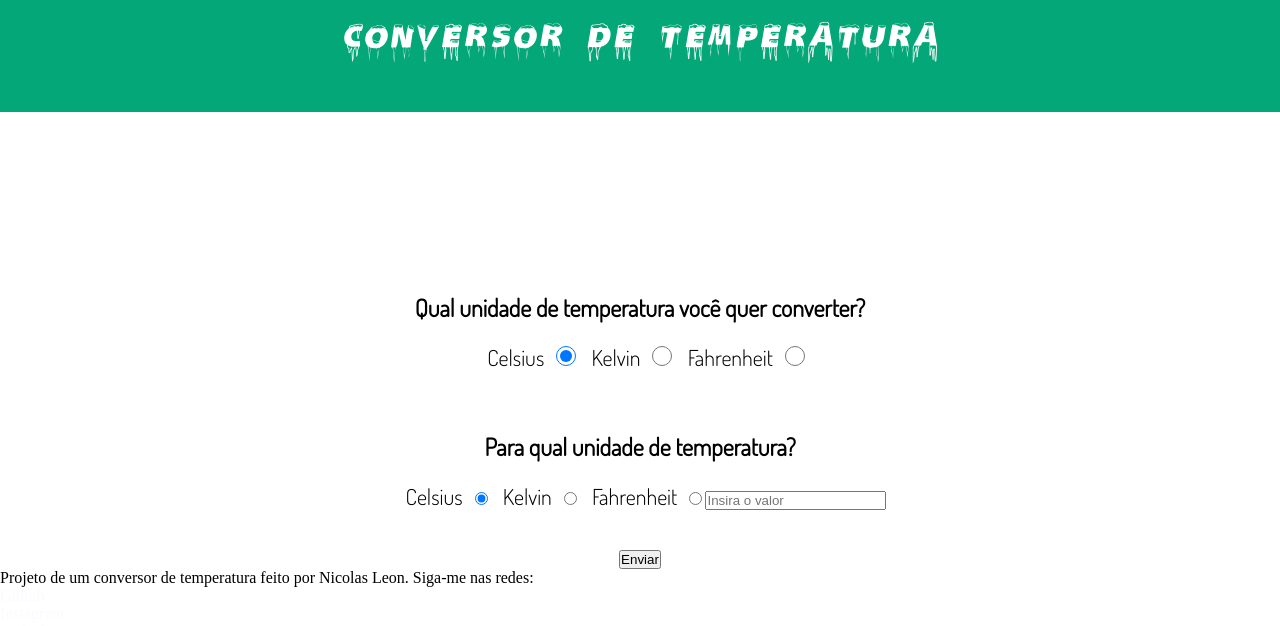
Repository: Leonngc/Conversor-de-temperatura
Page: index.html
The author's editor kept a copy of each file at every save. The page is drawn from the files as they stood at one save, then again after the next save.
The browser window is 1280 px wide. The pictures show the whole page.
Some icons come from a web library that is not loaded, so they are not drawn.

Above is the page before, as saved 2023-02-10 23:28:18.

### index.html
<!DOCTYPE html>
<html lang="pt-br">
<head>
    <meta charset="UTF-8">
    <meta http-equiv="X-UA-Compatible" content="IE=edge">
    <meta name="viewport" content="width=device-width, initial-scale=1.0">
    <link rel='stylesheet' href='https://cdn-uicons.flaticon.com/uicons-bold-straight/css/uicons-bold-straight.css'>
    <link rel="stylesheet" href="style.css">
    <title>Conversor de temperatura</title>
</head>
<body>
    <header>
        <h1>Conversor de Temperatura</h1>
        <button id="menu-button"><i class="fi fi-bs-menu-burger"></i></button>

        <menu>
            <ul id="links-menu">
                <li><a href="">Sobre a página</a></li>
                <li><a href="">História</a></li>
                <li><a href="">Outros Projetos</a></li>
            </ul>
        </menu>
    </header>

    <main>
       <form>
        <h2>Qual unidade de temperatura você quer converter?</h2>
        <label for="celsius">Celsius</label><input type="radio" name="unidade" id="celsius" class="unidades" checked>
        <label for="kelvin">Kelvin</label><input type="radio" name="unidade" class="unidades" id="kelvin">
        <label for="fahrenheit">Fahrenheit</label><input type="radio" name="unidade" class="unidades" id="fahrenheit">
        <br>
       </form>
       <form>
        <h2>Para qual unidade de temperatura?</h2>
        <label for="cel-res">Celsius</label><input type="radio" name="res-unidade" id="cel-res" checked>
        <label for="kel-res">Kelvin</label><input type="radio" name="res-unidade" id="kel-res">
        <label for="fah-res">Fahrenheit</label><input type="radio" name="res-unidade" id="fah-res">
        <input type="number" name="graus" id="graus" placeholder="Insira o valor">
       </form>
       <button id="submit">Enviar</button>
    </main>

    <footer>
        <p>Projeto de um conversor de temperatura feito por Nicolas Leon. Siga-me nas redes: </p>
        <ul>
            <li><a href="">Github</a></li>
            <li><a href="">Instagram</a></li>
            <li><a href="">Linkedin</a></li>
        </ul>
    </footer>
</body>
</html>

### style.css
@charset "UTF-8";
@import url('https://fonts.googleapis.com/css2?family= Dosis:wght@300 & display = swap');
@font-face {
    font-family: Title;
    src: url(fonts/IceCaps.ttf);
}

:root{
    --yellow: #F7FF58;
    --snow: #FBFBFF;
    --blackout: #040F16;
    --dosis: 'Dosis', sans-serif;
}

*{
    margin: 0;
    padding: 0;
    box-sizing: border-box;
}

header{
    background-color: #04A777;
    margin-bottom: 160px;
    max-width: 100vw;
    color: white;
}

header > h1{
    font-family: Title, sans-serif;
    font-weight: lighter;
    text-align: center;
    font-size: 45px;
    padding: 22px;
}

menu{
    background-color: #05C78D;
    padding: 20px;
    max-width: 100vw;
    display: none;
}

menu > ul{
    margin-left: 20px;
    font-size: 20px;
    font-family: var(--dosis);
    font-weight: bold;
    color: white;
}

menu > ul > li{
    padding: 5px;
}

li > a{
    text-decoration: none;
    color: #FBFBFF;
}

li > a:hover{
    color: #03583e;
    text-decoration: underline;
}

#menu-button{
    background-color: #03583e00;
    border: none;
    color: white;
    font-size: 40px;
    margin-left: 15px;
    margin-bottom: 12px;
}

main{
    text-align: center;
}

form{
    margin: 40px;
    font-family: var(--dosis);

}

form > h2{
    padding: 20px;
}

.unidades{
    height: 20px;
    width: 20px;
}

label{
    font-size: 22px;
    padding: 12px;
}

After the next save:
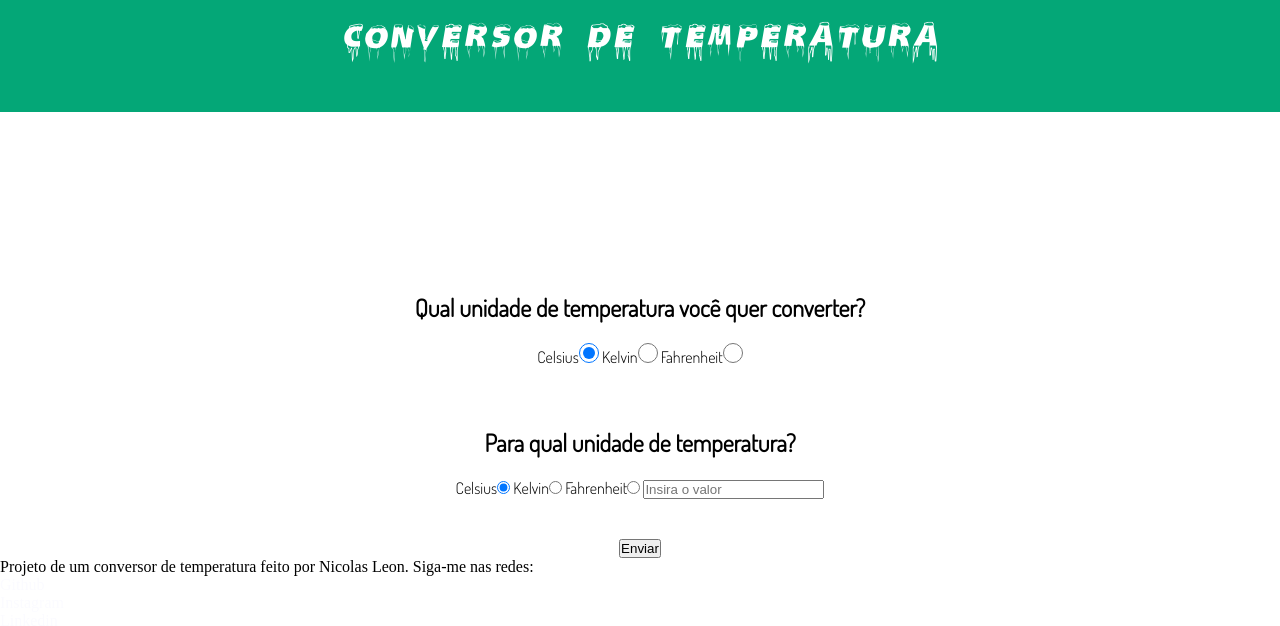
Saved 18 s later.
--- a/style.css
+++ b/style.css
@@ -89,8 +89,7 @@
     height: 20px;
     width: 20px;
 }
-
-label{
+{
     font-size: 22px;
     padding: 12px;
 }

After the 3 saves that followed:
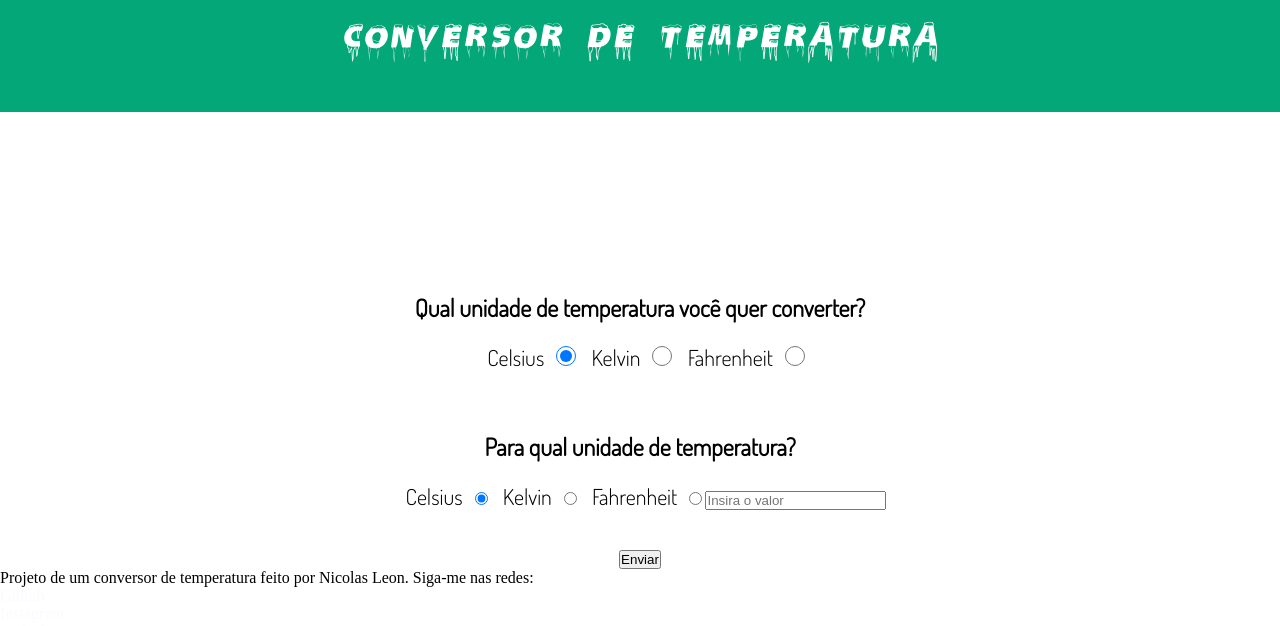
The 3 saves are shown as one change because 1 left the picture as it was and some came seconds apart.
The last was saved 33 s later.
--- a/style.css
+++ b/style.css
@@ -89,7 +89,8 @@
     height: 20px;
     width: 20px;
 }
-{
+
+label{
     font-size: 22px;
     padding: 12px;
 }
